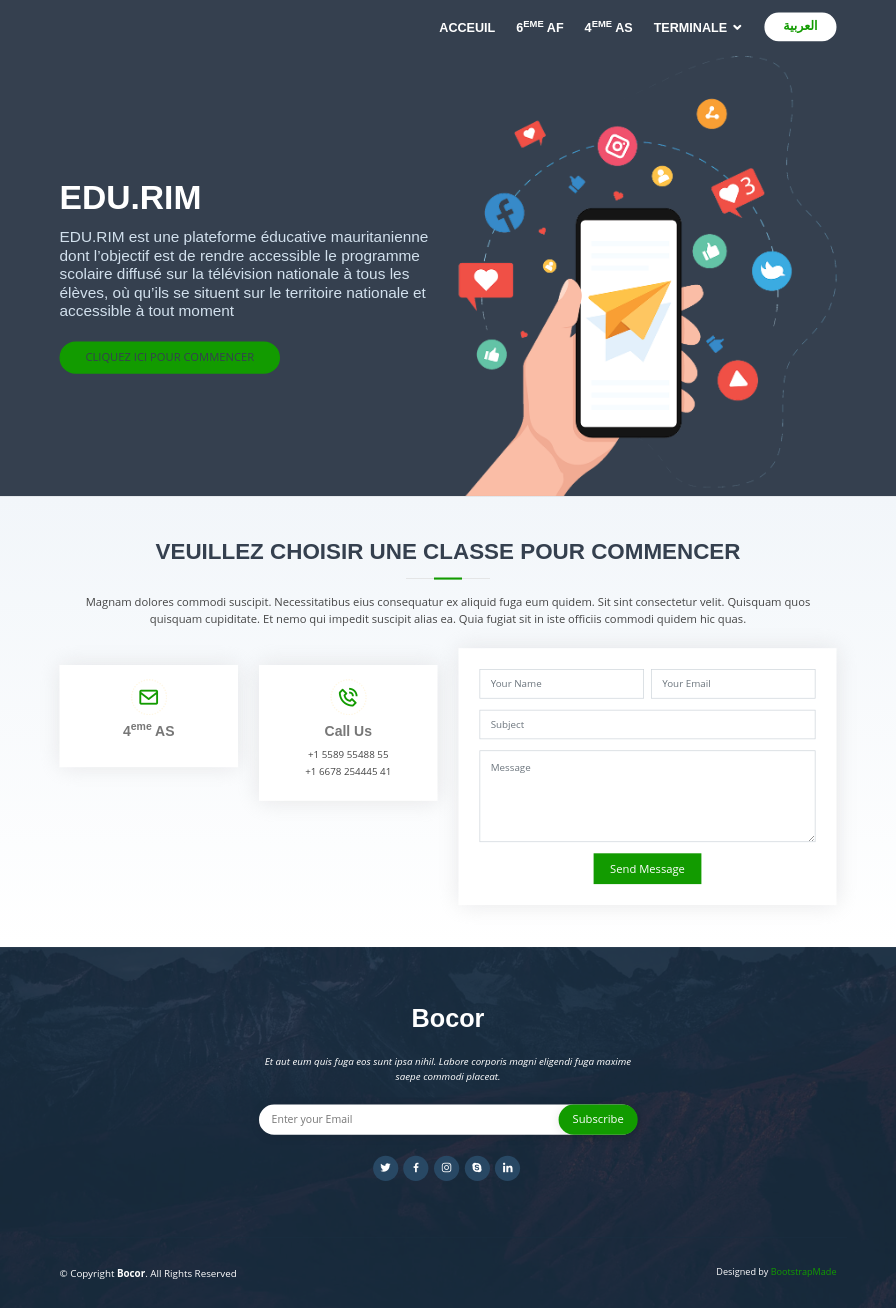
Repository: athiemohamed/courat
Page: http://localhost/
These files come from the project's save history. The page is drawn as it stood at one moment and after the next save; the edit follows.
The browser window is 1280 px wide. The pictures show the whole page, at 70% of full size.
Some web fonts or font styles are not loaded; a fallback is used. The page is run by PHP 8.4 with error messages shown; the project is at /var/www/html/. Other server files are loaded and not shown.

Above is the page before, as saved 2020-03-26 12:12:40.

### assets/css/style.css
/**
* Template Name: Bocor - v2.0.0
* Template URL: https://bootstrapmade.com/bocor-bootstrap-template-nice-animation/
* Author: BootstrapMade.com
* License: https://bootstrapmade.com/license/
*/

/*--------------------------------------------------------------
# General
--------------------------------------------------------------*/
body {
  font-family: "Open Sans", sans-serif;
  color: #444444;
}

a {
  color: #129b00;
}

a:hover {
  color: #129b00;
  text-decoration: none;
}

h1, h2, h3, h4, h5, h6 {
  font-family: "Raleway", sans-serif;
}

/*--------------------------------------------------------------
# Back to top button
--------------------------------------------------------------*/
.back-to-top {
  position: fixed;
  display: none;
  width: 40px;
  height: 40px;
  border-radius: 50px;
  right: 15px;
  bottom: 15px;
  background: #129b00;
  color: #fff;
  transition: display 0.5s ease-in-out;
  z-index: 99999;
  transition: all ease-in-out 0.3s;
}

.back-to-top i {
  font-size: 24px;
  position: absolute;
  top: 8px;
  left: 8px;
}

.back-to-top:hover {
  color: #fff;
  background: #129b00;
}

/*--------------------------------------------------------------
# Header
--------------------------------------------------------------*/
#header {
  height: 80px;
  transition: all 0.5s;
  z-index: 997;
  transition: all 0.5s;
  padding: 16px 0;
  background: #35404f;
}

#header .logo h1 {
  font-size: 24px;
  margin: 0;
  padding: 10px 0;
  line-height: 1;
  font-weight: 700;
  letter-spacing: 3px;
  text-transform: uppercase;
  font-family: "Poppins", sans-serif;
}

#header .logo h1 a, #header .logo h1 a:hover {
  color: #fff;
  text-decoration: none;
}

#header .logo h1 a span, #header .logo h1 a:hover span {
  color: #129b00;
}

#header .logo img {
  padding: 0;
  margin: 0;
  max-height: 40px;
}

/*--------------------------------------------------------------
# Navigation Menu
--------------------------------------------------------------*/
/* Desktop Navigation */
.nav-menu, .nav-menu * {
  margin: 0;
  padding: 0;
  list-style: none;
}

.nav-menu > ul > li {
  position: relative;
  white-space: nowrap;
  float: left;
}

.nav-menu ul {
  border-radius: 6px;
}

.nav-menu a {
  display: block;
  position: relative;
  color: #fff;
  font-weight: bold;
  padding: 10px 15px;
  transition: 0.3s;
  font-size: 18px;
  font-family: 'Cairo', sans-serif;
  font-weight: bold;
}

.nav-menu a:hover, .nav-menu .active > a, .nav-menu li:hover > a {
  color: #fff;
  text-decoration: none;
}

.nav-menu .get-started a {
  background: #fff;
  font-size: 18px;
  font-family: 'Cairo', sans-serif;
  color: #129b00;
  border-radius: 50px;
  margin: 2px 0 0 15px;
  padding: 4px 25px 6px 25px;
  border: 2px solid #fff;
}

.nav-menu .get-started a:hover {
  background: #129b00;
  color: #fff;
  border: 2px solid #129b00;
}

.nav-menu .drop-down ul {
  display: block;
  position: absolute;
  left: 0;
  top: calc(100% - 30px);
  z-index: 99;
  opacity: 0;
  visibility: hidden;
  padding: 10px 0;
  background: #fff;
  box-shadow: 0px 0px 30px rgba(127, 137, 161, 0.25);
  transition: ease all 0.3s;
}

.nav-menu .drop-down:hover > ul {
  opacity: 1;
  top: 100%;
  visibility: visible;
}

.nav-menu .drop-down li {
  min-width: 180px;
  position: relative;
}

.nav-menu .drop-down ul a {
  padding: 10px 20px;
  font-size: 14px;
  font-weight: 500;
  text-transform: none;
  color: #35404f;
}

.nav-menu .drop-down ul a:hover, .nav-menu .drop-down ul .active > a, .nav-menu .drop-down ul li:hover > a {
  color: #129b00;
}

.nav-menu .drop-down > a:after {
  content: "\ea99";
  font-family: IcoFont;
  padding-left: 5px;
}

.nav-menu .drop-down .drop-down ul {
  top: 0;
  left: calc(100% - 30px);
}

.nav-menu .drop-down .drop-down:hover > ul {
  opacity: 1;
  top: 0;
  left: 100%;
}

.nav-menu .drop-down .drop-down > a {
  padding-right: 35px;
}

.nav-menu .drop-down .drop-down > a:after {
  content: "\eaa0";
  font-family: IcoFont;
  position: absolute;
  right: 15px;
}

@media (max-width: 1366px) {
  .nav-menu .drop-down .drop-down ul {
    left: -90%;
  }
  .nav-menu .drop-down .drop-down:hover > ul {
    left: -100%;
  }
  .nav-menu .drop-down .drop-down > a:after {
    content: "\ea9d";
  }
}

/* Mobile Navigation */
.mobile-nav-toggle {
  position: fixed;
  right: 15px;
  top: 15px;
  z-index: 9998;
  border: 0;
  background: none;
  font-size: 24px;
  transition: all 0.4s;
  outline: none !important;
  line-height: 1;
  cursor: pointer;
  text-align: right;
}

.mobile-nav-toggle i {
  color: #fff;
}

.mobile-nav {
  position: fixed;
  top: 55px;
  right: 15px;
  bottom: 15px;
  left: 15px;
  z-index: 9999;
  overflow-y: auto;
  background: #fff;
  transition: ease-in-out 0.2s;
  opacity: 0;
  visibility: hidden;
  border-radius: 10px;
  padding: 10px 0;
}

.mobile-nav * {
  margin: 0;
  padding: 0;
  list-style: none;
}

.mobile-nav a {
  display: block;
  position: relative;
  color: #35404f;
  text-align: center;
  font-family: 'Cairo', sans-serif;
  font-weight: bold;
  padding: 10px 20px;
  outline: none;
  transition: 0.3s;
}

.mobile-nav a:hover, .mobile-nav .active > a, .mobile-nav li:hover > a {
  color: #129b00;
  text-decoration: none;
}

.mobile-nav .drop-down > a:after {
  content: "\ea99";
  font-family: IcoFont;
  padding-left: 10px;
  position: absolute;
  right: 15px;
}

.mobile-nav .active.drop-down > a:after {
  content: "\eaa1";
}

.mobile-nav .drop-down > a {
  text-align: center;
  font-family: 'Cairo', sans-serif;
  font-weight: bold;
}

.mobile-nav .drop-down ul {
  display: none;
  overflow: hidden;
}

.mobile-nav .drop-down li {
  text-align: center;
  font-family: 'Cairo', sans-serif;
}

.mobile-nav .get-started a {
  background: #35404f;
  color: #fff;
  font-family: 'Cairo', sans-serif;
  border-radius: 50px;
  margin: 15px;
  padding: 8px 25px 10px 25px;
  text-align: center;
}

.mobile-nav .get-started a:hover {
  background: #fff;
  color: #35404f;
  border: 1px solid #35404f;
}

.mobile-nav-overly {
  width: 100%;
  height: 100%;
  z-index: 9997;
  top: 0;
  left: 0;
  position: fixed;
  background: rgba(18, 33, 46, 0.6);
  overflow: hidden;
  display: none;
  transition: ease-in-out 0.2s;
}

.mobile-nav-active {
  overflow: hidden;
}

.mobile-nav-active .mobile-nav {
  opacity: 1;
  visibility: visible;
}

.mobile-nav-active .mobile-nav-toggle i {
  color: #fff;
}

/*--------------------------------------------------------------
# Hero Section
--------------------------------------------------------------*/
#hero {
  width: 100%;
  padding: 0 0 0 0;
  background: #35404f;
  background: linear-gradient(180deg, #35404f 0%, #35404f 35%, #35404f 100%);
}

#hero h1 {
  margin: 0 0 15px 0;
  font-size: 48px;
  font-weight: 700;
  line-height: 56px;
  color: #fff;
  font-family: "Cairo", sans-serif;
}

#hero h2 {
  color: #d2e0ed;
  margin-bottom: 30px;
  font-size: 22px;
}

#hero .btn-get-started {
  color: #35404f;
  border-radius: 50px;
  padding: 8px 35px 10px 35px;
  border: 2px solid #129b00;
  transition: all ease-in-out 0.3s;
  display: inline-block;
  background: #129b00;
}

#hero .btn-get-started:hover {
  background: transparent;
  color: #fff;
}

@media (max-width: 991px) {
  #hero .hero-img {
    text-align: center;
  }
  #hero .hero-img img {
    width: 50%;
  }
}

@media (max-width: 768px) {
  #hero {
    -moz-text-align-last: center;
    text-align-last: center;
  }
  #hero h1 {
    font-size: 28px;
    line-height: 36px;
  }
  #hero h2 {
    font-size: 18px;
    line-height: 24px;
    margin-bottom: 30px;
  }
  #hero .hero-img img {
    width: 70%;
  }
}

@media (max-width: 575px) {
  #hero .hero-img img {
    width: 80%;
  }
}

/*--------------------------------------------------------------
# Sections General
--------------------------------------------------------------*/
section {
  padding: 60px 0;
  overflow: hidden;
}

.section-bg {
  background: linear-gradient(180deg, #f2f6fa 0%, #fff 100%);
}

.section-title {
  text-align: center;
  padding-bottom: 30px;
}

.section-title h2 {
  font-size: 32px;
  font-weight: 600;
  text-transform: uppercase;
  margin-bottom: 20px;
  padding-bottom: 20px;
  position: relative;
  font-family: "Poppins", sans-serif;
  color: #35404f;
}

.section-title h2::before {
  content: '';
  position: absolute;
  display: block;
  width: 120px;
  height: 1px;
  background: #ddd;
  bottom: 1px;
  left: calc(50% - 60px);
}

.section-title h2::after {
  content: '';
  position: absolute;
  display: block;
  width: 40px;
  height: 3px;
  background: #129b00;
  bottom: 0;
  left: calc(50% - 20px);
}

.section-title p {
  margin-bottom: 0;
}

/*--------------------------------------------------------------
# Clients
--------------------------------------------------------------*/
.clients {
  padding: 0;
}

.clients .client-logo {
  display: flex;
  justify-content: center;
  align-items: center;
  overflow: hidden;
  height: 120px;
}

.clients .client-logo img {
  height: 40px;
}

.clients .client-logo:hover img {
  transform: scale(1.2);
}

.clients img {
  transition: all 0.4s ease-in-out;
}

/*--------------------------------------------------------------
# About
--------------------------------------------------------------*/
.about .content {
  padding: 30px 0;
}

.about .content h3 {
  font-weight: 700;
  font-size: 34px;
  color: #35404f;
}

.about .content p {
  margin-bottom: 0;
}

.about .content .icon-box {
  margin-top: 25px;
}

.about .content .icon-box h4 {
  font-size: 20px;
  font-weight: 700;
  margin: 5px 0 10px 60px;
  color: #35404f;
}

.about .content .icon-box h4 a {
  color: #35404f;
  transition: 0.3s;
}

.about .content .icon-box h4 a:hover {
  color: #129b00;
}

.about .content .icon-box i {
  font-size: 48px;
  float: left;
  color: #129b00;
}

.about .content .icon-box p {
  font-size: 15px;
  color: #848484;
  margin-left: 60px;
}

.about .image {
  background: url("../img/about.jpg") center center no-repeat;
  background-size: cover;
  min-height: 400px;
}

@media (max-width: 667px) {
  .about .image img {
    max-width: 100%;
  }
}

/*--------------------------------------------------------------
# Services
--------------------------------------------------------------*/
.services {
  padding-bottom: 40px;
}

.services .card {
  border: 0;
  padding: 0 30px;
  margin-bottom: 60px;
  position: relative;
  background: transparent;
}

.services .card-img {
  width: calc(100% + 60px);
  margin-left: -30px;
  overflow: hidden;
  z-index: 9;
  border-radius: 0;
}

.services .card-img img {
  max-width: 100%;
  transition: all 0.3s ease-in-out;
}

.services .card-body {
  z-index: 10;
  background: #fff;
  border-top: 4px solid #fff;
  padding: 30px;
  box-shadow: 0px 2px 15px rgba(0, 0, 0, 0.1);
  margin-top: -60px;
  transition: 0.3s;
}

.services .card-title {
  font-weight: 700;
  text-align: center;
  margin-bottom: 20px;
}

.services .card-title a {
  color: #35404f;
  transition: 0.3s;
}

.services .card-text {
  color: #5e5e5e;
}

.services .read-more a {
  color: #777777;
  text-transform: uppercase;
  font-weight: 600;
  font-size: 12px;
  transition: 0.3s;
}

.services .read-more a:hover {
  color: #129b00;
}

.services .card:hover img {
  transform: scale(1.1);
}

.services .card:hover .card-body {
  border-color: #129b00;
}

.services .card:hover .card-body .card-title a {
  color: #129b00;
}

/*--------------------------------------------------------------
# Features
--------------------------------------------------------------*/
.features .content + .content {
  margin-top: 100px;
}

.features .content h3 {
  font-weight: 700;
  font-size: 26px;
  color: #35404f;
}

.features .content ul {
  list-style: none;
  padding: 0;
}

.features .content ul li {
  padding-bottom: 10px;
}

.features .content ul i {
  font-size: 20px;
  padding-right: 4px;
  color: #129b00;
}

.features .content p:last-child {
  margin-bottom: 0;
}

/*--------------------------------------------------------------
# Portfolio
--------------------------------------------------------------*/
.portfolio .portfolio-item {
  margin-bottom: 30px;
}

.portfolio #portfolio-flters {
  padding: 0;
  margin: 0 0 35px 0;
  list-style: none;
  text-align: center;
}

.portfolio #portfolio-flters li {
  cursor: pointer;
  margin: 0 5px 5px 0;
  display: inline-block;
  padding: 10px 15px;
  font-size: 16px;
  font-weight: 600;
  line-height: 20px;
  color: #444444;
  margin-bottom: 5px;
  transition: all 0.3s ease-in-out;
}

.portfolio #portfolio-flters li:hover, .portfolio #portfolio-flters li.filter-active {
  color: #129b00;
}

.portfolio #portfolio-flters li:last-child {
  margin-right: 0;
}

.portfolio .portfolio-wrap {
  transition: 0.3s;
  position: relative;
  overflow: hidden;
  border-radius: 8px;
  z-index: 1;
}

.portfolio .portfolio-wrap::before {
  content: "";
  background: rgba(33, 59, 82, 0.6);
  position: absolute;
  left: 100%;
  right: 0;
  top: 0;
  bottom: 0;
  transition: all ease-in-out 0.3s;
  z-index: 2;
}

.portfolio .portfolio-wrap img {
  transition: 0.3s;
}

.portfolio .portfolio-wrap .portfolio-links {
  opacity: 0;
  left: 0;
  right: 0;
  top: calc(50% - 36px);
  text-align: center;
  z-index: 3;
  position: absolute;
  transition: all ease-in-out 0.3s;
}

.portfolio .portfolio-wrap .portfolio-links a {
  color: #129b00;
  font-size: 24px;
  line-height: 1;
  text-align: center;
  width: 36px;
  height: 36px;
  display: inline-block;
  transition: 0.3s;
}

.portfolio .portfolio-wrap .portfolio-links a:hover {
  color: #fff;
}

.portfolio .portfolio-wrap .portfolio-info {
  opacity: 0;
  position: absolute;
  bottom: -20px;
  left: 0;
  right: 0;
  text-align: center;
  z-index: 3;
  transition: all ease-in-out 0.3s;
}

.portfolio .portfolio-wrap .portfolio-info h4 {
  font-size: 20px;
  color: #fff;
  font-weight: 600;
}

.portfolio .portfolio-wrap .portfolio-info p {
  color: #ffffff;
  font-size: 14px;
  text-transform: uppercase;
}

.portfolio .portfolio-wrap:hover::before {
  left: 0;
}

.portfolio .portfolio-wrap:hover .portfolio-links {
  opacity: 1;
  top: calc(50% - 18px);
}

.portfolio .portfolio-wrap:hover .portfolio-info {
  opacity: 1;
  bottom: 0;
}

/*--------------------------------------------------------------
# Team
--------------------------------------------------------------*/
.team .member {
  text-align: center;
  margin-bottom: 20px;
}

.team .member .pic {
  margin-bottom: 15px;
  overflow: hidden;
  min-height: 260px;
}

.team .member .pic img {
  max-width: 100%;
}

.team .member h4 {
  font-weight: 700;
  margin-bottom: 2px;
  font-size: 18px;
  color: #35404f;
}

.team .member span {
  font-style: italic;
  display: block;
  font-size: 13px;
}

.team .member .social {
  margin-top: 15px;
}

.team .member .social a {
  color: #5289ba;
  transition: 0.3s;
}

.team .member .social a:hover {
  color: #129b00;
}

.team .member .social i {
  font-size: 18px;
  margin: 0 2px;
}

/*--------------------------------------------------------------
# Pricing
--------------------------------------------------------------*/
.pricing .row {
  padding-top: 40px;
}

.pricing .box {
  padding: 40px;
  margin-bottom: 30px;
  box-shadow: 0px 0px 30px rgba(73, 78, 92, 0.15);
  background: #fff;
  text-align: center;
  position: relative;
}

.pricing .featured-badge {
  display: inline-block;
  position: absolute;
  top: -11px;
  left: calc(50% - 49px);
  background: #129b00;
  color: #fff;
  text-align: center;
  line-height: 1;
  border-radius: 50px;
  padding: 4px 20px 5px 20px;
  font-size: 12px;
  text-transform: uppercase;
}

.pricing h3 {
  font-weight: 300;
  margin-bottom: 15px;
  font-size: 28px;
}

.pricing h4 {
  font-size: 46px;
  color: #129b00;
  font-weight: 400;
  font-family: "Open Sans", sans-serif;
  margin-bottom: 25px;
}

.pricing h4 span {
  color: #bababa;
  font-size: 18px;
  display: block;
}

.pricing ul {
  padding: 0;
  list-style: none;
  color: #999;
  text-align: left;
  line-height: 20px;
}

.pricing ul li {
  padding-bottom: 12px;
}

.pricing ul i {
  color: #129b00;
  font-size: 18px;
  padding-right: 4px;
}

.pricing ul .na {
  color: #ccc;
}

.pricing ul .na i {
  color: #ccc;
}

.pricing ul .na span {
  text-decoration: line-through;
}

.pricing .get-started-btn {
  background: #35404f;
  display: inline-block;
  padding: 6px 30px;
  border-radius: 20px;
  color: #fff;
  transition: none;
  font-size: 14px;
  font-weight: 400;
  font-family: "Raleway", sans-serif;
  transition: 0.3s;
}

.pricing .get-started-btn:hover {
  background: #129b00;
}

.pricing .featured {
  z-index: 10;
  margin: -30px -5px 0 -5px;
  border: 1px solid #129b00;
}

.pricing .featured .get-started-btn {
  background: #129b00;
}

.pricing .featured .get-started-btn:hover {
  background: #fdcd5c;
}

@media (max-width: 992px) {
  .pricing .box {
    max-width: 60%;
    margin: 0 auto 30px auto;
  }
}

@media (max-width: 767px) {
  .pricing .box {
    max-width: 80%;
    margin: 0 auto 30px auto;
  }
}

@media (max-width: 420px) {
  .pricing .box {
    max-width: 100%;
    margin: 0 auto 30px auto;
  }
}

/*--------------------------------------------------------------
# Frequently Asked Questions
--------------------------------------------------------------*/
.faq .faq-item {
  margin: 20px 0;
  padding: 20px 0;
  border-bottom: 1px solid #dde8f1;
}

.faq .faq-item i {
  color: #9bbbd7;
  font-size: 20px;
  float: left;
  line-height: 0;
  padding: 13px 0 0 0;
  margin: 0;
}

.faq .faq-item h4 {
  font-size: 16px;
  line-height: 26px;
  font-weight: 500;
  margin: 0 0 10px 28px;
  font-family: "Poppins", sans-serif;
}

.faq .faq-item p {
  font-size: 15px;
}

/*--------------------------------------------------------------
# Contact
--------------------------------------------------------------*/
.contact .info-box {
  color: #444444;
  text-align: center;
  box-shadow: 0 0 30px rgba(214, 215, 216, 0.6);
  padding: 20px 0 30px 0;
  background: #fff;
}

.contact .info-box i {
  font-size: 32px;
  color: #129b00;
  border-radius: 50%;
  padding: 8px;
  border: 2px dotted #fff7e5;
}

.contact .info-box h3 {
  font-size: 20px;
  color: #777777;
  font-weight: 700;
  margin: 10px 0;
}

.contact .info-box p {
  padding: 0;
  line-height: 24px;
  font-size: 14px;
  margin-bottom: 0;
}

.contact .php-email-form {
  box-shadow: 0 0 30px rgba(214, 215, 216, 0.6);
  padding: 30px;
  background: #fff;
}

.contact .php-email-form .validate {
  display: none;
  color: red;
  margin: 0 0 15px 0;
  font-weight: 400;
  font-size: 13px;
}

.contact .php-email-form .error-message {
  display: none;
  color: #fff;
  background: #ed3c0d;
  text-align: center;
  padding: 15px;
  font-weight: 600;
}

.contact .php-email-form .sent-message {
  display: none;
  color: #fff;
  background: #18d26e;
  text-align: center;
  padding: 15px;
  font-weight: 600;
}

.contact .php-email-form .loading {
  display: none;
  background: #fff;
  text-align: center;
  padding: 15px;
}

.contact .php-email-form .loading:before {
  content: "";
  display: inline-block;
  border-radius: 50%;
  width: 24px;
  height: 24px;
  margin: 0 10px -6px 0;
  border: 3px solid #18d26e;
  border-top-color: #eee;
  -webkit-animation: animate-loading 1s linear infinite;
  animation: animate-loading 1s linear infinite;
}

.contact .php-email-form input, .contact .php-email-form textarea {
  border-radius: 0;
  box-shadow: none;
  font-size: 14px;
}

.contact .php-email-form input::focus, .contact .php-email-form textarea::focus {
  background-color: #129b00;
}

.contact .php-email-form input {
  padding: 20px 15px;
}

.contact .php-email-form textarea {
  padding: 12px 15px;
}

.contact .php-email-form button[type="submit"] {
  background: #129b00;
  border: 0;
  padding: 10px 24px;
  color: #fff;
  transition: 0.4s;
}

.contact .php-email-form button[type="submit"]:hover {
  background: #fdd067;
}

@-webkit-keyframes animate-loading {
  0% {
    transform: rotate(0deg);
  }
  100% {
    transform: rotate(360deg);
  }
}

@keyframes animate-loading {
  0% {
    transform: rotate(0deg);
  }
  100% {
    transform: rotate(360deg);
  }
}

/*--------------------------------------------------------------
# Footer
--------------------------------------------------------------*/
#footer {
  background: url("../img/footer-bg.jpg") center center no-repeat;
  color: #fff;
  font-size: 14px;
  position: relative;
}

#footer::before {
  content: "";
  position: absolute;
  left: 0;
  right: 0;
  top: 0;
  bottom: 0;
  background: rgba(26, 46, 64, 0.85);
  z-index: 1;
}

#footer .footer-top {
  position: relative;
  z-index: 2;
  text-align: center;
  padding: 80px 0;
}

#footer .footer-top h3 {
  font-size: 36px;
  font-weight: 700;
  color: #fff;
  position: relative;
  font-family: "Poppins", sans-serif;
  padding-bottom: 0;
  margin-bottom: 0;
}

#footer .footer-top p {
  font-size: 15;
  font-style: italic;
  margin: 30px 0 0 0;
  padding: 0;
}

#footer .footer-top .footer-newsletter {
  text-align: center;
  font-size: 15px;
  margin-top: 30px;
}

#footer .footer-top .footer-newsletter form {
  background: #fff;
  padding: 6px 10px;
  position: relative;
  border-radius: 50px;
  box-shadow: 0px 2px 15px rgba(0, 0, 0, 0.1);
  text-align: left;
}

#footer .footer-top .footer-newsletter form input[type="email"] {
  border: 0;
  padding: 4px 8px;
  width: calc(100% - 100px);
}

#footer .footer-top .footer-newsletter form input[type="submit"] {
  position: absolute;
  top: 0;
  right: -1px;
  bottom: 0;
  border: 0;
  background: none;
  font-size: 16px;
  padding: 0 20px;
  background: #129b00;
  color: #fff;
  transition: 0.3s;
  border-radius: 50px;
  box-shadow: 0px 2px 15px rgba(0, 0, 0, 0.1);
}

#footer .footer-top .footer-newsletter form input[type="submit"]:hover {
  background: #fcb102;
}

#footer .footer-top .social-links {
  margin-top: 30px;
}

#footer .footer-top .social-links a {
  font-size: 18px;
  display: inline-block;
  background: #284864;
  color: #fff;
  line-height: 1;
  padding: 8px 0;
  margin-right: 4px;
  border-radius: 50%;
  text-align: center;
  width: 36px;
  height: 36px;
  transition: 0.3s;
}

#footer .footer-top .social-links a:hover {
  background: #fcb102;
  color: #fff;
  text-decoration: none;
}

#footer .footer-bottom {
  border-top: 1px solid #1a2e40;
  z-index: 2;
  position: relative;
  padding-top: 40px;
  padding-bottom: 40px;
}

#footer .copyright {
  text-align: center;
  float: left;
}

#footer .credits {
  float: right;
  text-align: center;
  font-size: 13px;
}

@media (max-width: 768px) {
  #footer .copyright, #footer .credits {
    padding: 5px;
    float: none;
    text-align: ceneter;
  }
}









/* CUSTOM */
.info-box span {
  border: 1px solid #129b00;
  border-radius: 50% !important;
  margin: 0 5px;
}

Loaded but not shown: assets/js/main.js (117 lines, source omitted); index.php (269 lines, source omitted)

After the next save:
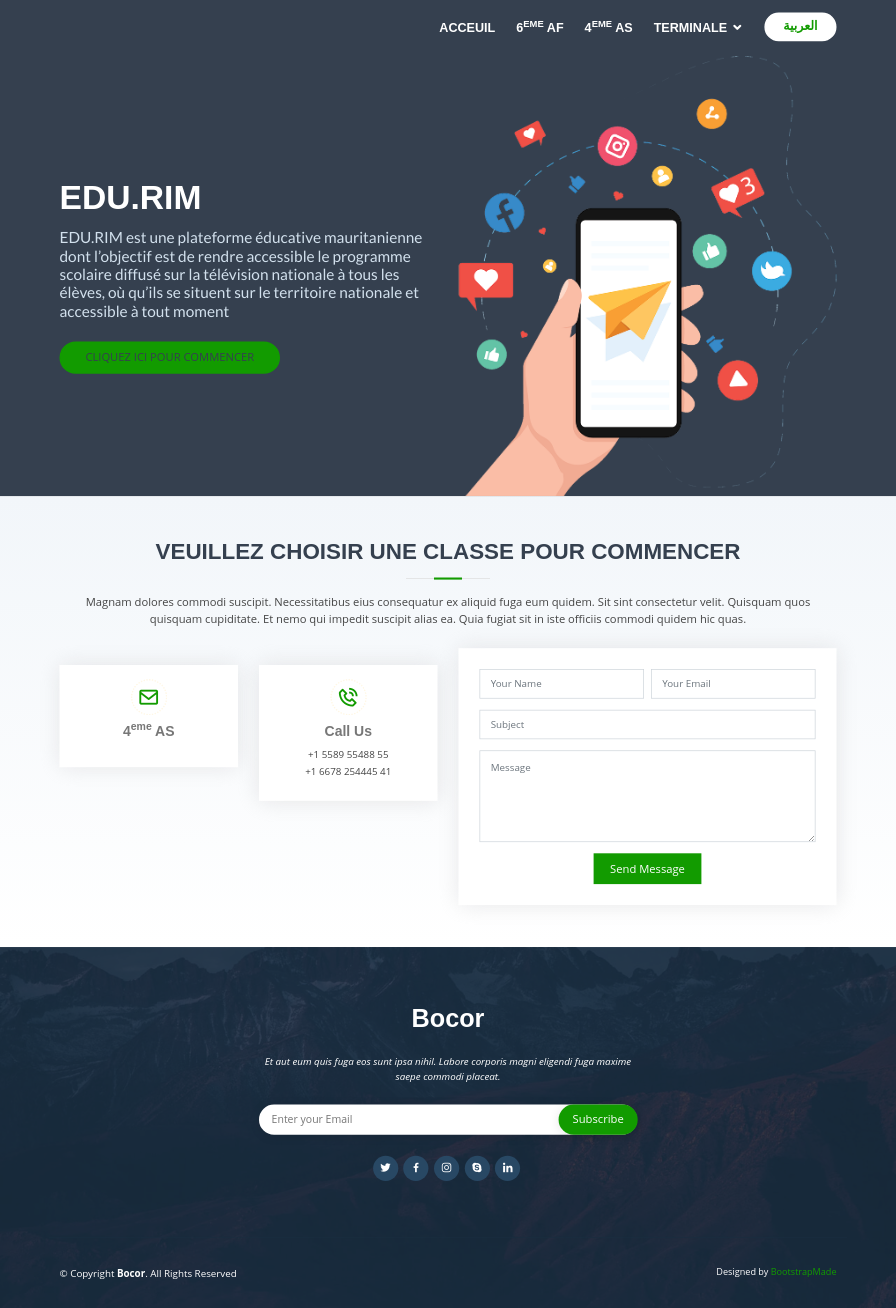
Saved 17 s later.
--- a/assets/css/style.css
+++ b/assets/css/style.css
@@ -374,6 +374,7 @@ h1, h2, h3, h4, h5, h6 {
 }
 
 #hero h2 {
+  font-family: 'Lato', sans-serif;
   color: #d2e0ed;
   margin-bottom: 30px;
   font-size: 22px;
